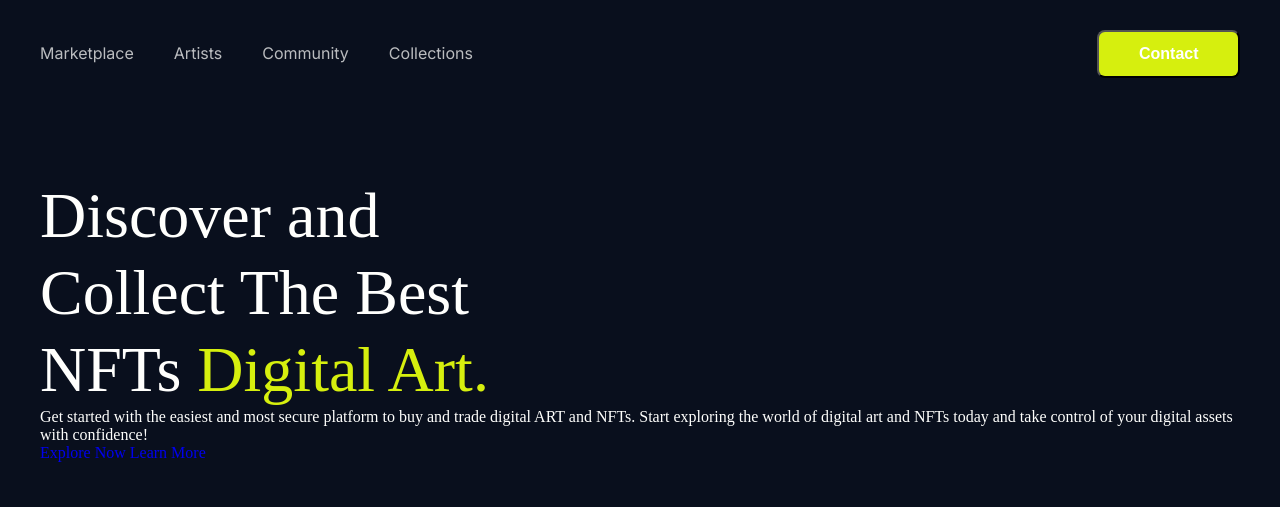
Repository: Kamron5505/NftMarketplace
Page: index.html
The author's editor kept a copy of each file at every save. The page is drawn from the files as they stood at one save, then again after the next save.
The browser window is 1280 px wide. The pictures show the whole page.
Some web fonts or font styles are not loaded; a fallback is used.

Above is the page before, as saved 2025-07-07 23:28:17.

After the next save:
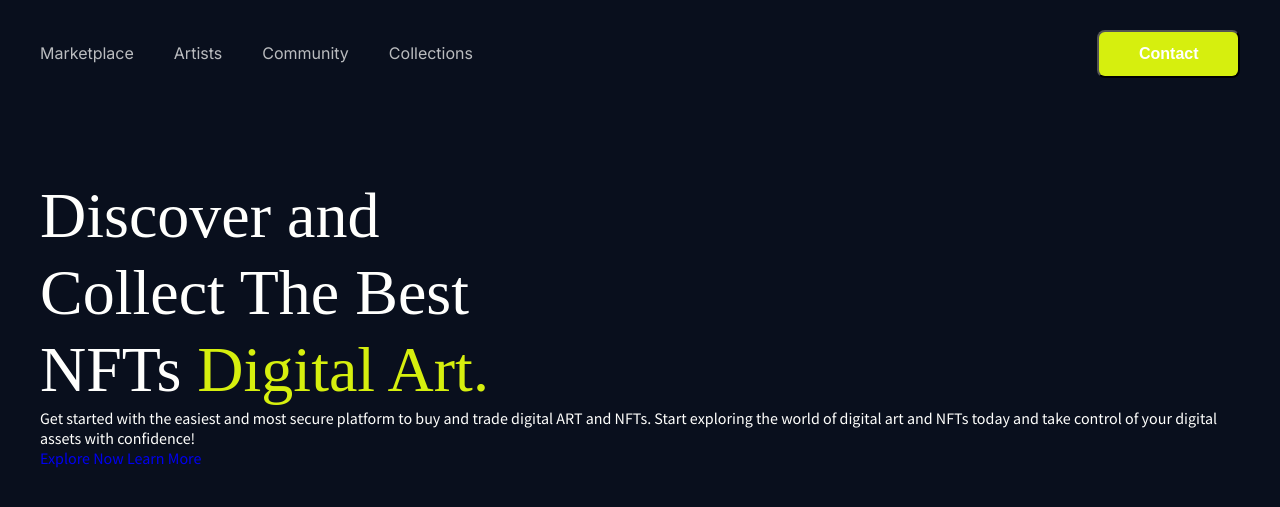
Saved 5 s later.
--- a/style.css
+++ b/style.css
@@ -20,7 +20,7 @@ body {
 
 :root {
     --font-family: "Inter", sans-serif;
-    ---family: "Source Sans Pro", sans-serif;
+    font-family: "Source Sans Pro", sans-serif;
     --third-family: "Canela", sans-serif;
 }
 

After the 5 saves that followed:
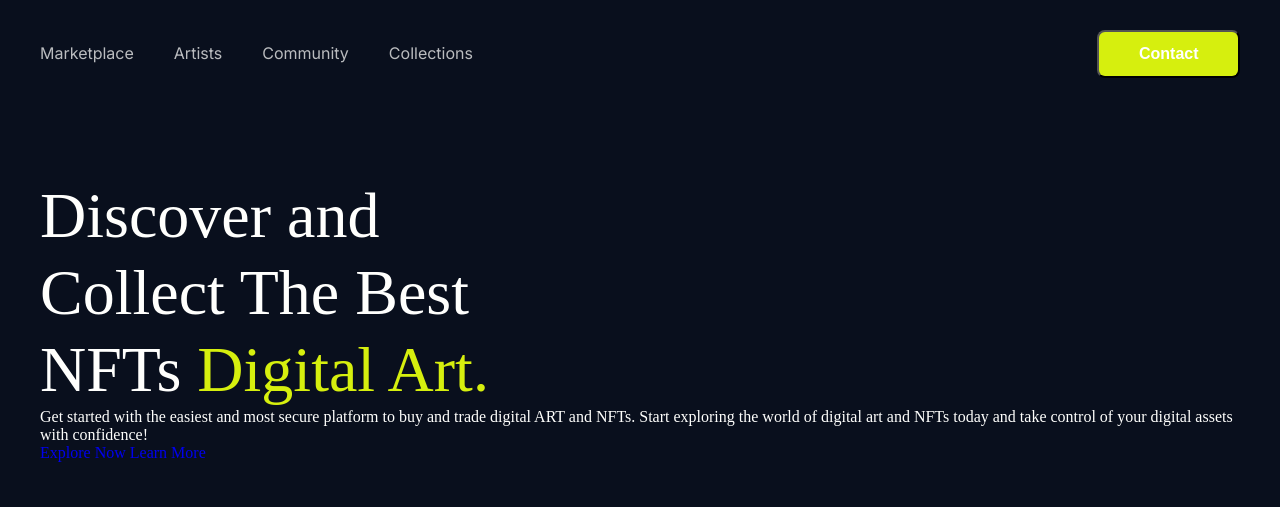
The 5 saves are shown as one change because they came seconds apart.
The last was saved 15 s later.
--- a/style.css
+++ b/style.css
@@ -20,8 +20,8 @@ body {
 
 :root {
     --font-family: "Inter", sans-serif;
-    font-family: "Source Sans Pro", sans-serif;
-    --third-family: "Canela", sans-serif;
+    ---family: "Source Sans Pro", sans-serif;
+    fi-family: "Canela", sans-serif;
 }
 
 h1,
